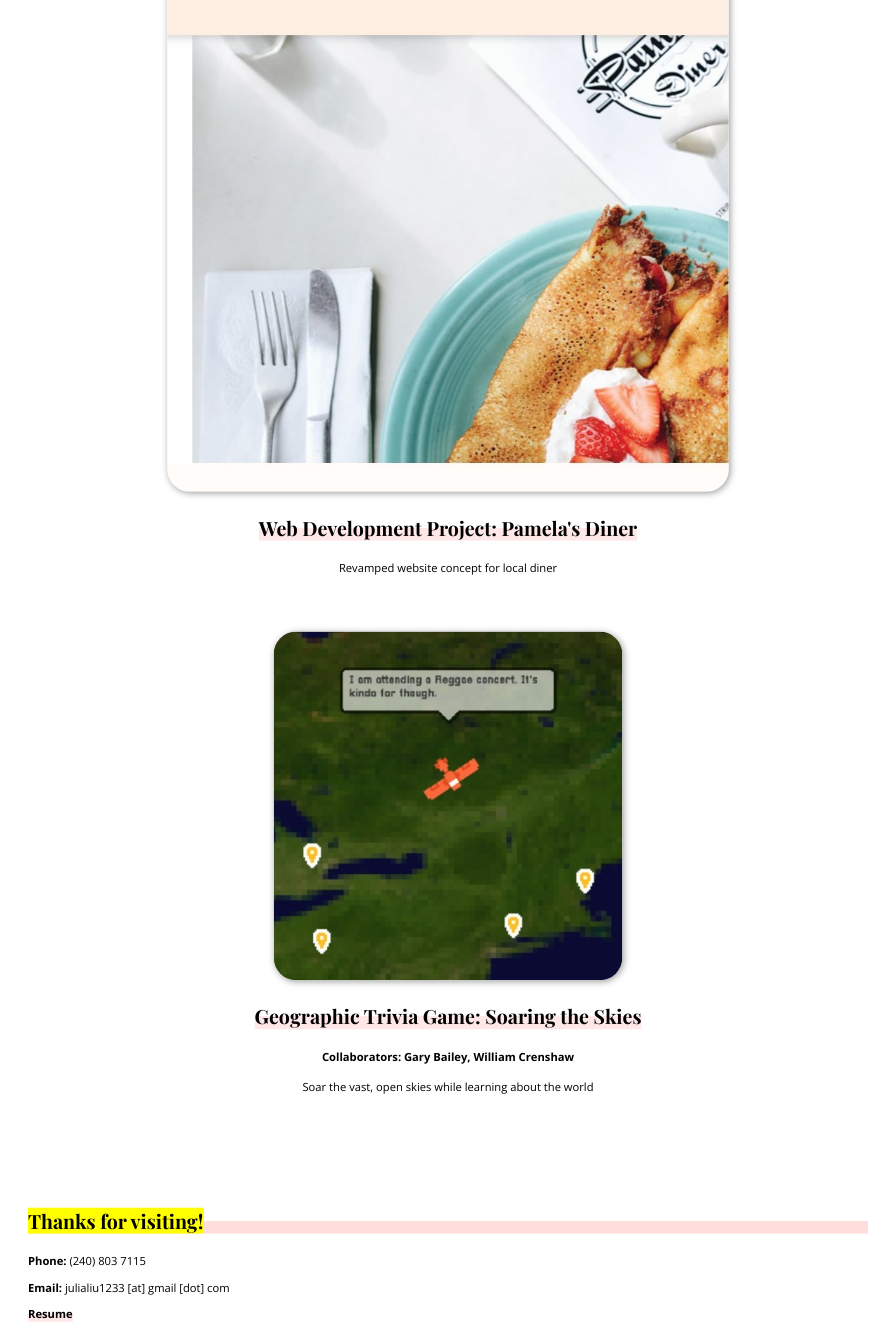
Repository: liu-julia/liu-julia.github.io
Page: index.html
An editor plug-in stored every save of this project. The page is shown before and after the next save, followed by the edit.
The browser window is 1280 px wide. The pictures show the part of the page from y = 3666 to 5586 px (the page is 5586 px tall), at 70% of full size.

Above is the page before, as saved 2022-08-02 12:22:12.

After the next save:
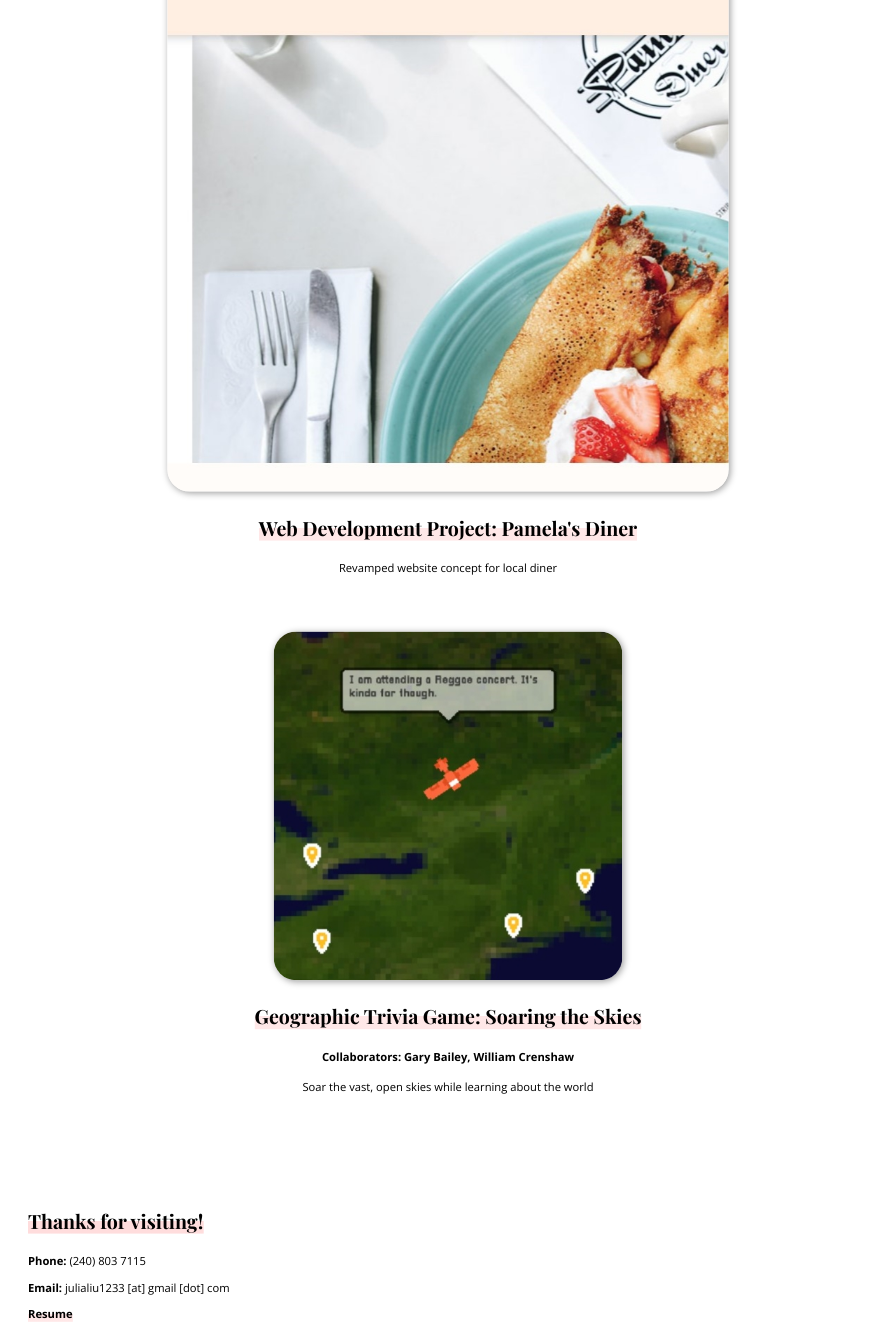
Saved 4 s later.
--- a/css/mobile.css
+++ b/css/mobile.css
@@ -109,7 +109,7 @@
     font-family: 'Playfair Display', serif;
     font-size: 1.75em;
 }
-h3.highlighted {
+h3.highlighted mark{
     background: linear-gradient(180deg,rgba(255,255,255,0) 50%, #ffdddd 50%);
 }
 #foot {
